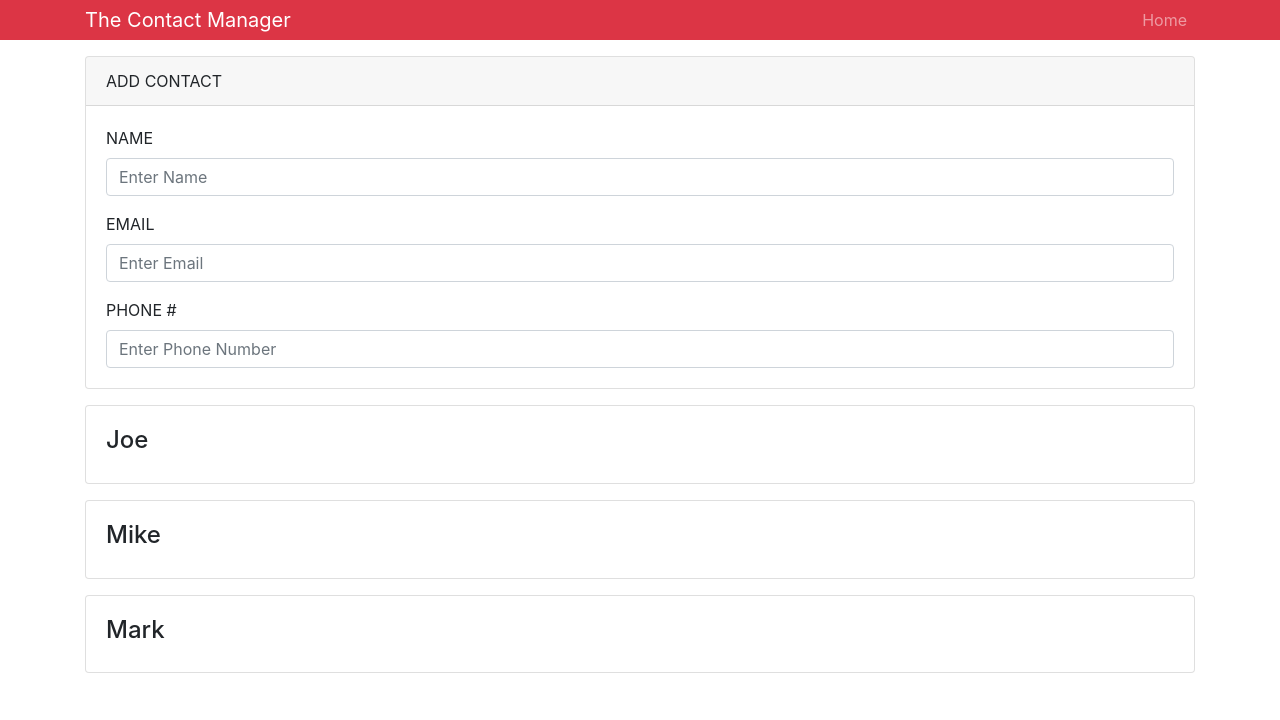
Repository: MikeTroianello/Contact-Manager
Page: /contact/add
The author's editor kept a copy of each file at every save. The page is drawn from the files as they stood at one save, then again after the next save.
The browser window is 1280 px wide. The pictures show the whole page.
The project was rebuilt for these pictures with package versions that can differ from the ones it lists, and the page was loaded fresh each time. Also part of the build but not shown: src/App.css.

Above is the page before, as saved 2019-05-19 23:53:55.

After the next save:
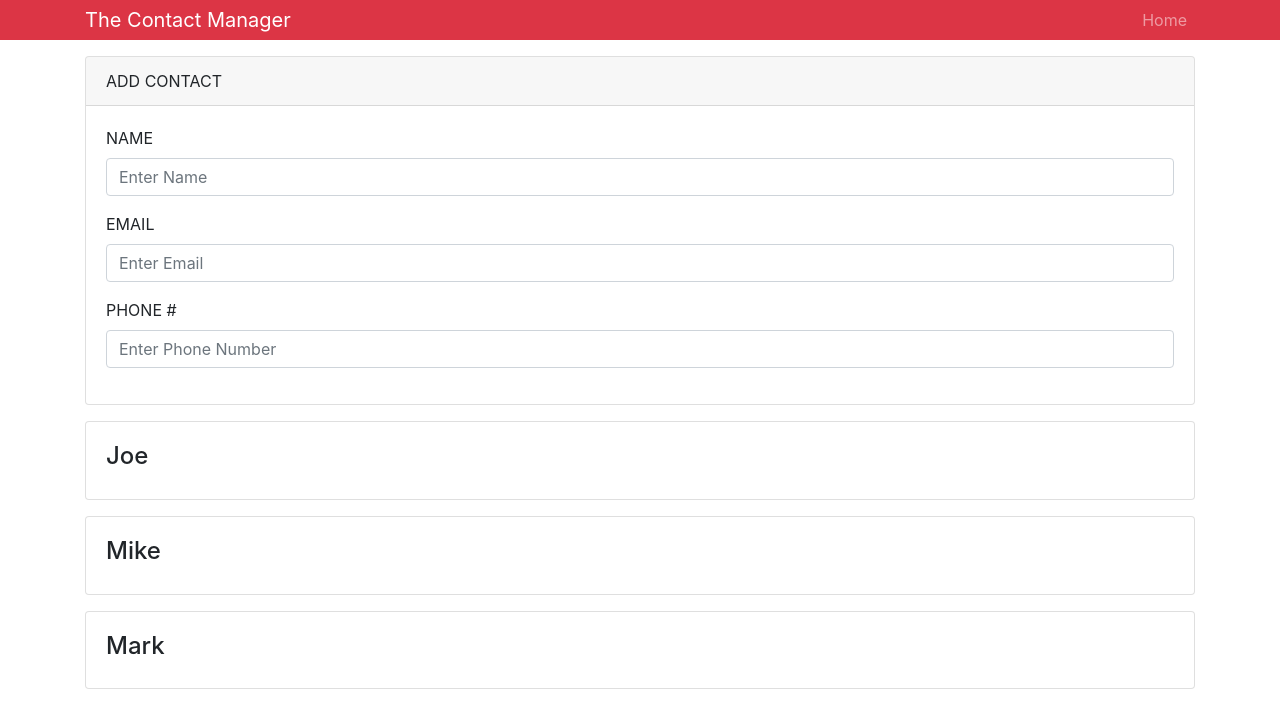
Saved 26 s later.
--- a/src/components/contacts/AddContact.js
+++ b/src/components/contacts/AddContact.js
@@ -31,14 +31,15 @@ class AddContact extends Component {
                 placeholder="Enter Email"
               />
             </div>
-            <div className="form-group" />
-            <label htmlFor="phone">PHONE #</label>
-            <input
-              type="text"
-              name="phone"
-              className="form-control lg"
-              placeholder="Enter Phone Number"
-            />
+            <div className="form-group">
+              <label htmlFor="phone">PHONE #</label>
+              <input
+                type="text"
+                name="phone"
+                className="form-control lg"
+                placeholder="Enter Phone Number"
+              />
+            </div>
           </form>
         </div>
       </div>
